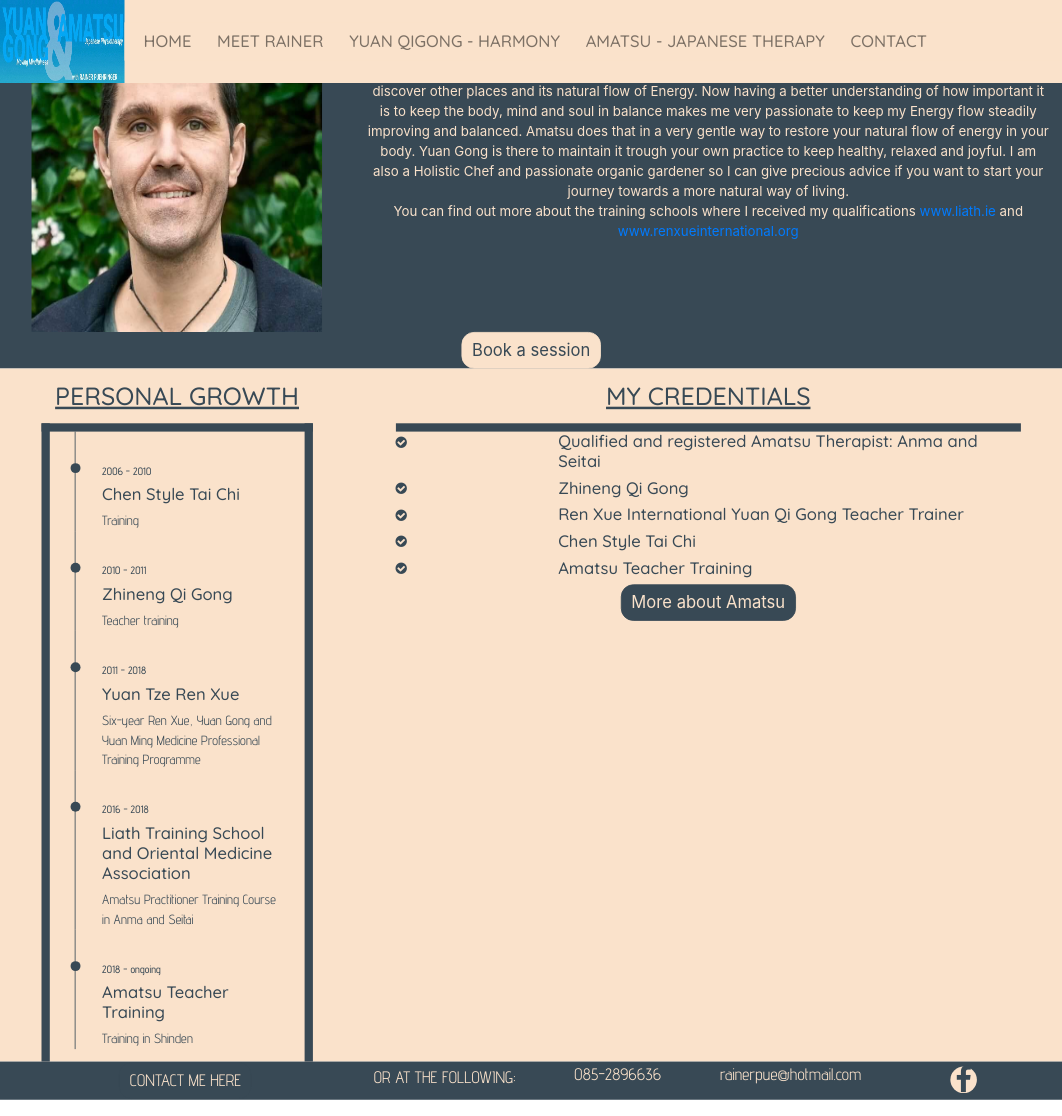
Repository: rainerpue/practitioner_website
Page: about.html
The author's editor kept a record of every edit. The page is drawn from the files as they stood at one moment, then again after the next edit.
The browser window is 1280 px wide. The pictures show the whole page, at 83% of full size.
Some web libraries are served in a nearby version.

Above is the page before.

### about.html
<!DOCTYPE html>
<html lang="en">

<head>
    <meta charset="UTF-8">
    <meta name="viewport" content="width=device-width, initial-scale=1.0">
    <meta http-equiv="X-UA-Compatible" content="ie=edge">
    <meta name="description" content="Home page | Rainer Puehringer, Find your Energy flow">
    <meta name="keywords" content="qigong, amatsu, therapy, energy flow, body balance, harmony, Japanese therapy, yuan gong, ireland">
    <meta name="author" content="Rainer Puehringer">
    <!-- style links -->
    <link rel="stylesheet" href="https://stackpath.bootstrapcdn.com/bootstrap/4.3.1/css/bootstrap.min.css" type="text/css" />
    <link rel="stylesheet" href="https://stackpath.bootstrapcdn.com/font-awesome/4.7.0/css/font-awesome.min.css" type="text/css" />

    <!-- link to my css file comes after to make sure it render over bootstrap style -->
    <link rel="stylesheet" href="assets/css/style.css" type="text/css" />

    <title>Rainer Puehringer, Find your Energy flow with Yuan Qigong and Amatsu</title>

</head>

<body>
    <!-- navbar and logo -->
    <!-- blue background will only show on bigger screens, set to transparent for mobile device -->
    <nav class="navbar navbar-expand-md fixed-top navbar-light nav-coral">
        <!-- logo -->
        <a href="index.html" class="navbar-brand logo">
            <img src="assets/images/logo.jpeg" width="150" height="100" alt="logo">
        </a>
        <!-- button for smaller devices -->
        <button class="navbar-toggler" type="button" data-toggle="collapse" data-target="#burger" aria-controls="burger" aria-expanded="false" aria-label="Toggle navigation">
    <span class="fa fa-bars"></span>
  </button>
        <!-- navigation items which drop down vertically from burger icon in smaller devices -->
        <div class="collapse navbar-collapse" id="burger">
            <ul class="navbar-nav mr-auto text-uppercase">
                <li class="nav-item">
                    <a class="nav-link" href="index.html">Home</a>
                </li>
                <li class="nav-item">
                    <a class="nav-link" href="about.html">Meet Rainer</a>
                </li>
                <li class="nav-item">
                    <a class="nav-link" href="index.html">Yuan Qigong - Harmony</a>
                </li>
                <li class="nav-item">
                    <a class="nav-link" href="index.html">Amatsu - Japanese Therapy</a>
                </li>
                <li class="nav-item">
                    <a class="nav-link" href="index.html">Contact</a>
                </li>
            </ul>
        </div>
    </nav>

    <!-- end navbar -->


    <!-- about image banner -->
    <main class="about-section">
        <div class="container-fluid">
            <div class="row">
                <div class="col-12 about-image">
                </div>
            </div>
        </div>

        <!-- Rainer's intro -->
        <section class="container-fluid bg-grey about-intro">

            <div class="row about-details">
                <div class="col-12 col-md-3 col-lg-4 text-center">
                    <img class="about-sm-img" src="assets/images/Rainer.jpeg" width="350" height="400" alt="Rainer Puehringer">
                </div>
                <div class="col-12 col-md-9 col-lg-8 about-content">
                    <div class="row">
                        <div class="col-12 text-center">
                            <h3 class="text-uppercase">RAINER PUEHRINGER</h3>
                        </div>
                    </div>
                    <p class="text-center">Born in Austria surrounded by nature and loving the beauty of it made me travel some parts of the world to discover other places and its natural flow of Energy. Now having a better understanding of how important it is to keep the body,
                        mind and soul in balance makes me very passionate to keep my Energy flow steadily improving and balanced. Amatsu does that in a very gentle way to restore your natural flow of energy in your body. Yuan Gong is there to maintain
                        it trough your own practice to keep healthy, relaxed and joyful. I am also a Holistic Chef and passionate organic gardener so I can give precious advice if you want to start your journey towards a more natural way of living.</p>
                    <p class="text-center">You can find out more about the training schools where I received my qualifications
                    <span><a href="https://www.liath.ie">www.liath.ie</a></span>
                    and <span><a href="https://www.renxueinternational.org">www.renxueinternational.org</a></span>
                    </p>
                </div>
            </div>
            <div class="container-fluid">
                <div class="row text-center">
                    <div class="col-12">
                        <a class="btn btn--gal btn--coral" href="#">Book a session</a>
                    </div>
                </div>
            </div>
        </section>

        <!-- timeline -->

        <section class="container-fluid">


            <div class="row bg-coral">
                <div class="col-md-6 col-lg-4 timeline section-column">
                    <div class="row">
                        <div class="col-12">
                            <h3 class="text-uppercase text-center">Personal growth</h3>
                        </div>
                    </div>
                    <div class="history-items">
                        <div class="timeline-item" data-dates="2006 - 2010">
                            <h4>Chen Style Tai Chi</h4>
                            <p>Training</p>
                        </div>
                        <div class="timeline-item" data-dates="2010 - 2011">
                            <h4>Zhineng Qi Gong</h4>
                            <p>Teacher training</p>
                        </div>
                        <div class="timeline-item" data-dates="2011 - 2018">
                            <h4>Yuan Tze Ren Xue</h4>
                            <p>Six-year Ren Xue, Yuan Gong and Yuan Ming Medicine Professional Training Programme</p>
                        </div>
                        <div class="timeline-item" data-dates="2016 - 2018">
                            <h4>Liath Training School and Oriental Medicine Association</h4>
                            <p>Amatsu Practitioner Training Course in Anma and Seitai</p>
                        </div>
                        <div class="timeline-item" data-dates="2018 - ongoing">
                            <h4>Amatsu Teacher Training</h4>
                            <p>Training in Shinden</p>
                        </div>
                    </div>
                </div>

                <!-- small divider only for mobile device to divide the two columns of the same section -->

                <hr class="section-divider-short">

                <!-- qualifications check -->

                <div class="col-md-6 col-lg-8 section-column">
                    <div class="row">
                        <div class="col-12">
                            <h3 class="text-uppercase text-center">My credentials</h3>
                        </div>
                    </div>
                    <!-- long divider only for big screen to divide the heading to the content -->
                    <div class="row">
                        <div class="col-12 d-none d-md-block">
                            <hr class="section-divider-long">
                        </div>
                    </div>
                    <div class="row qualif-section">
                        <div class="col-3">
                            <i class="fa fa-check-circle"></i>
                        </div>
                        <div class="col-9">
                            <h4>Qualified and registered Amatsu Therapist: Anma and Seitai</h4>
                        </div>
                    </div>
                    <div class="row qualif-section">
                        <div class="col-3">
                            <i class="fa fa-check-circle"></i>
                        </div>
                        <div class="col-9">
                            <h4>Zhineng Qi Gong</h4>
                        </div>
                    </div>
                    <div class="row qualif-section">
                        <div class="col-3">
                            <i class="fa fa-check-circle"></i>
                        </div>
                        <div class="col-9">
                            <h4>Ren Xue International Yuan Qi Gong Teacher Trainer</h4>
                        </div>
                    </div>
                    <div class="row qualif-section">
                        <div class="col-3">
                            <i class="fa fa-check-circle"></i>
                        </div>
                        <div class="col-9">
                            <h4>Chen Style Tai Chi</h4>
                        </div>
                    </div>
                    <div class="row qualif-section">
                        <div class="col-3">
                            <i class="fa fa-check-circle"></i>
                        </div>
                        <div class="col-9">
                            <h4>Amatsu Teacher Training</h4>
                        </div>
                    </div>


                    <div class="row text-center">
                        <div class="col-12">

                            <a class="btn btn--gal btn--grey" href="#">More about Amatsu</a>
                        </div>
                    </div>
                </div>
            </div>
        </section>
    </main>
    <!-- footer -->

    <footer>
        <div class="container-fluid bg-grey">
            <div class="row footer-row">
                <div class="col-12 col-md-4 footer-contact">
                    <a class="btn btn--gal btn--grey text-uppercase" href="#">Contact Me Here</a>
                </div>
                <div class="col-12 col-md-2 footer-contact">
                    <h5 class="text-uppercase">or at the following:</h5>
                </div>
                <div class="col-12 col-md-2 footer-contact">
                    <p>085-2896636</p>
                </div>
                <div class="col-12 col-md-2 footer-contact">
                    <p>rainerpue@hotmail.com</p>
                </div>
                <div class="col-12 col-md-2 footer-contact">
                    <a class="socialmedia" href="https://www.facebook.com/YuanGongandAmatsuwithRainer/" target="_blank">
                    <i class="fa fa-facebook"></i>
                    <span class="sr-only">Facebook</span>
                    </a>
                </div>
            </div>
        </div>
    </footer>

    <script src="https://code.jquery.com/jquery-3.2.1.slim.min.js " integrity="sha384-KJ3o2DKtIkvYIK3UENzmM7KCkRr/rE9/Qpg6aAZGJwFDMVNA/GpGFF93hXpG5KkN " crossorigin="anonymous "></script>
    <script src="https://cdnjs.cloudflare.com/ajax/libs/popper.js/1.12.9/umd/popper.min.js " integrity="sha384-ApNbgh9B+Y1QKtv3Rn7W3mgPxhU9K/ScQsAP7hUibX39j7fakFPskvXusvfa0b4Q " crossorigin="anonymous "></script>
    <script src="https://maxcdn.bootstrapcdn.com/bootstrap/4.0.0/js/bootstrap.min.js " integrity="sha384-JZR6Spejh4U02d8jOt6vLEHfe/JQGiRRSQQxSfFWpi1MquVdAyjUar5+76PVCmYl " crossorigin="anonymous "></script>
</body>

</html>

### assets/css/style.css
@import url('https://fonts.googleapis.com/css?family=Advent+Pro:100,200,300,400,500,600,700|Quicksand:300,400,500,700|Poppins:100,200,300,400,500,600,700,800');

body {}

/*-----------------------------------------Colour */

.nav-coral {
    background-color: transparent;
}

.bg-grey {
    background-color: #384955;
    color: #FAE2CB;
}

.bg-coral {
    background-color: #FAE2CB;
    color: #384955;
}

/*-----------------------------------------Images */

.about-img {
    background: url(../images/about-image.jpg);
}

.qigong-img {
    background: url(../images/lotus.jpg);
}

.banner-image {
    min-height: 30vh;
    -webkit-background-size: 100% 100%;
    -moz-background-size: 100% 100%;
    -o-background-size: 100% 100%;
    background-size: 100% 100%;
    width: 100vw;
    background-repeat: no-repeat;
    position: relative;
}

.sm-img {
    max-height: 400px;
    max-width: 400px;
}


/*-----------------------------------------Special paddings/margins/texts */

.container-fluid {
    margin: 0;
}

.text-uppercase {
    text-transform: uppercase;
}

.text-center {
    text-align: center;
    margin: 0;
}

.text-justify {
    text-align: justify;
    text-justify: inter-word;
}

main {
    margin: 0;
    padding: 0;
}

h3 {
    padding: 15px 0 15px;
    font-family: "Quicksand", sans-serif;
    font-weight: 500;
    font-size: 30px;
    text-decoration: underline;
}

h4 {
    font-family: "Quicksand", sans-serif;
    font-weight: 500;
    font-size: 20px;
}

a {
    text-decoration: none;
    cursor: pointer;
}

/*-----------------------------------------buttons */

.btn:hover {
    color: #fafafa;
    text-decoration: none;
}

.btn--gal {
    margin-bottom: 0;
    margin-top: 0;
    border-radius: 15px;
    font-size: 20px;
    text-decoration: none;
    cursor: pointer;
}

.btn--grey {
    background-color: #384955;
    border-color: #384955;
    color: #FAE2CB;
}

.btn--grey:hover {
    color: #FF8863;
}

.btn--coral {
    background-color: #FAE2CB;
    border-color: #FAE2CB;
    color: #384955;
}

.btn--coral:hover {
    color: #87B0CD;
}

.btn--footer {
    color: #FAE2CB;
}

/*-----------------------------------------section divider */

.section-divider-short {
    width: 75px;
    height: 5px;
    border: 0;
    background-color: #384955;
}

.section-divider-long {
    width: 100%;
    height: 10px;
    border: 0;
    background-color: #384955;
    margin: 0;
}

/*-----------------------------------------logo */

.logo {
    display: inline-block;
    padding: 0;
    margin: 0;
    line-height: inherit;
    white-space: nowrap;
    background-position: center;
    background-repeat: no-repeat;
    -o-transition: all .5s ease-in-out;
    transition: all .5s ease-in-out;
    -moz-transition: all .5s ease-in-out;
    -webkit-transition: all .5s ease-in-out;
}

/*-----------------------------------------burger icon */

.fa-bars {
    font-size: 30px;
    padding: 5px;
}

.navbar-light .navbar-toggler {
    border-color: rgba(0, 0, 0, .3);
    margin-right: 15px;
}

/*-----------------------------------------nav */

.navbar {
    padding: 0;
    text-align: center;
    overflow: auto;
}

.navbar-collapse {
    background-color: #FAE2CB
}

.nav-item {
    padding-left: 15px;
}

.nav-item a {
    color: #384955;
    font-family: "Quicksand", sans-serif;
    font-weight: 500;
    font-size: 20px;
    -webkit-transition: background-color .2s ease-in-out, color .2s ease-in-out;
    -o-transition: background-color .2s ease-in-out, color .2s ease-in-out;
    transition: background-color .2s ease-in-out, color .2s ease-in-out;
}

.nav-item a:hover {
    color: #FAE2CB!important;
    background-color: #384955;
}

/*-----------------------------------------full background image with attention */

.home-image {
    min-height: 95vh;
    -webkit-box-align: center;
    -ms-flex-align: center;
    align-items: center;
    position: relative;
    background: url(../images/home-image.jpg) no-repeat center center fixed;
    background-size: cover;
    padding-top: 100px;
}

.opaque-overlay {
    position: absolute;
    top: 0;
    left: 0;
    height: 100%;
    width: 100%;
    background: rgba(0, 0, 0, 0.2);
}

.attention {
    width: 80%;
    color: #fafafa;
    font-family: "Advent Pro", sans-serif;
    font-size: 40px;
    font-weight: 600;
    padding-left: 15px;
    padding-top: 200px;
}

/*-----------------------------------------testimonials in carrousel */

.testimonials {
    padding-bottom: 20px;
}

.slide {
    position: relative;
    display: -webkit-box;
    display: -ms-flexbox;
    display: flex;
    -webkit-box-align: center;
    -ms-flex-align: center;
    align-items: center;
    min-height: 30vh;
    text-align: center;
    padding: 5px 30px;
    margin-bottom: 20px
}

blockquote {
    width: 80px;
    font-family: "Advent Pro", sans-serif;
    font-weight: 500;
    font-size: 30px;
}

/*-----------------------------------------home intro section */

.intro {
    width: 100%;
    padding: 0;
    padding-bottom: 20px;
    min-height: 20vh;
}

.content-intro {
    font-family: "Advent Pro", sans-serif;
    font-size: 20px;
    font-weight: 400;
    margin-bottom: 20px;
}

/*-----------------------------------------footer */

.footer-row {
    padding: 0 15px;
    text-align: center;
    margin-bottom: 20px;
}

.footer-contact {
    font-family: "Advent Pro", sans-serif;
    text-align: center;
    -webkit-box-align: center;
    -ms-flex-align: center;
    align-items: center;
    -webkit-box-pack: center;
    -ms-flex-pack: center;
    justify-content: center;
    color: #FAE2CB;
    padding: 0;
    margin: 0;
}

.footer-contact p {
    font-weight: 400;
    font-size: 20px;

}

.footer-contact h5 {
    font-weight: 400;
    font-size: 20px;
}

.socialmedia i {
    width: 32px;
    height: 32px;
    padding: 12px 0;
    border-radius: 50%;
    font-size: 35px;
    line-height: 7px;
    text-align: center;
    color: #384955;
    background: #FAE2CB;
    transition: all 0.35s ease-in-out;
    -moz-transition: all 0.35s ease-in-out;
    -webkit-transition: all 0.35s ease-in-out;
    -o-transition: all 0.35s ease-in-out;
}

.social-links i:hover {
    background: #e84610;
}

/*-----------------------------------------main content for each page */

.main-content {
    position: relative;
    padding-top: 5px;
    padding-bottom: 5px;
    padding-right: 30px;
    line-height: 200%;
    font-family: "Advent Pro", sans-serif;
    font-size: 20px;
    font-weight: 400;
}

.section-column {
    display: table-cell;
    padding: 0 30px 30px;
    float: none;
}

.intro-section {
    padding-top: 10px;
    padding-bottom: 20px;
}

.section-details {
    min-height: 25vh;
    -webkit-box-align: center;
    -ms-flex-align: center;
    align-items: center!important;
    margin-bottom: 15px;
}



/*-----------------------------------------links to other websites on about page */

.links {
    color: #FAE2CB;
    font-weight: 700;
}

.links:hover {
    color: #FF8863;
}

/*-----------------------------------------timeline */

.timeline {
    margin: 0;
}

.history-items {
    padding-left: 30px;
    padding-bottom: 15px;
}

.timeline-item {
    padding: 4em 2em 0em 2em;
    position: relative;
    color: #384955;
    border-left: 1px solid;
    font-family: "Advent Pro", sans-serif;
}

.timeline-item p {
    padding: 0;
    margin: 0;
}

.timeline-item:before {
    content: attr(data-dates);
    position: absolute;
    left: 2.5em;
    top: 3em;
    display: block;
    font-family: "Advent Pro", sans-serif;
    font-weight: 500;
    font-size: 0.8em;
    padding: 0;
    margin: 0;
}

.timeline-item:after {
    width: 12px;
    height: 12px;
    display: block;
    position: absolute;
    top: 2.4em;
    left: -6px;
    border-radius: 12px;
    content: "";
    background-color: #384955;
}



/*-----------------------------------------qualifications */

.list-row {
    padding: 30px 0 30px;
    line-height: 200%;
}

.list-row i {
    font-size: 40px;
}

/*-----------------------------------------Qigong page */

.qigong-p {
    padding: 15px;
}

.list-section {
    padding-left: 30px;
    padding-bottom: 15px;
    border: 10px solid;
}

.quote {
    font-family: "Quicksand", sans-serif;
    font-weight: 500;
    font-size: 30px;
}

/*-----------------------------------------media queries */

/*-----------------------------------------media query to add navbar color background color on bigger screens */

@media (min-width: 768px) {
    .nav-coral {
        background-color: #FAE2CB;
    }
}

@media (min-width: 768px) {
    .attention {
        padding-top: 400px;
        width: 60%;
        font-size: 50px;
    }
}

@media (min-width: 768px) {
    .slide {
        min-height: 20vh;
    }
}

@media (min-width: 768px) {
    .section-divider-short {
        width: 0px;
        height: 0px;
        border: 0;
    }
}

@media (min-width: 768px) {
    .footer-contact {
        display: -webkit-box;
        display: -ms-flexbox;
        display: flex;
    }
}

@media (min-width: 768px) {
    .footer-contact h5 p a {
        padding-left: 15px;
    }
}

@media (min-width: 768px) {
    .history-items {
        border: 10px solid;
        border-bottom: none;
    }
}

@media (min-width: 768px) {
    .section-column {
        padding: 0 50px 0;
    }
}

After the next edit:
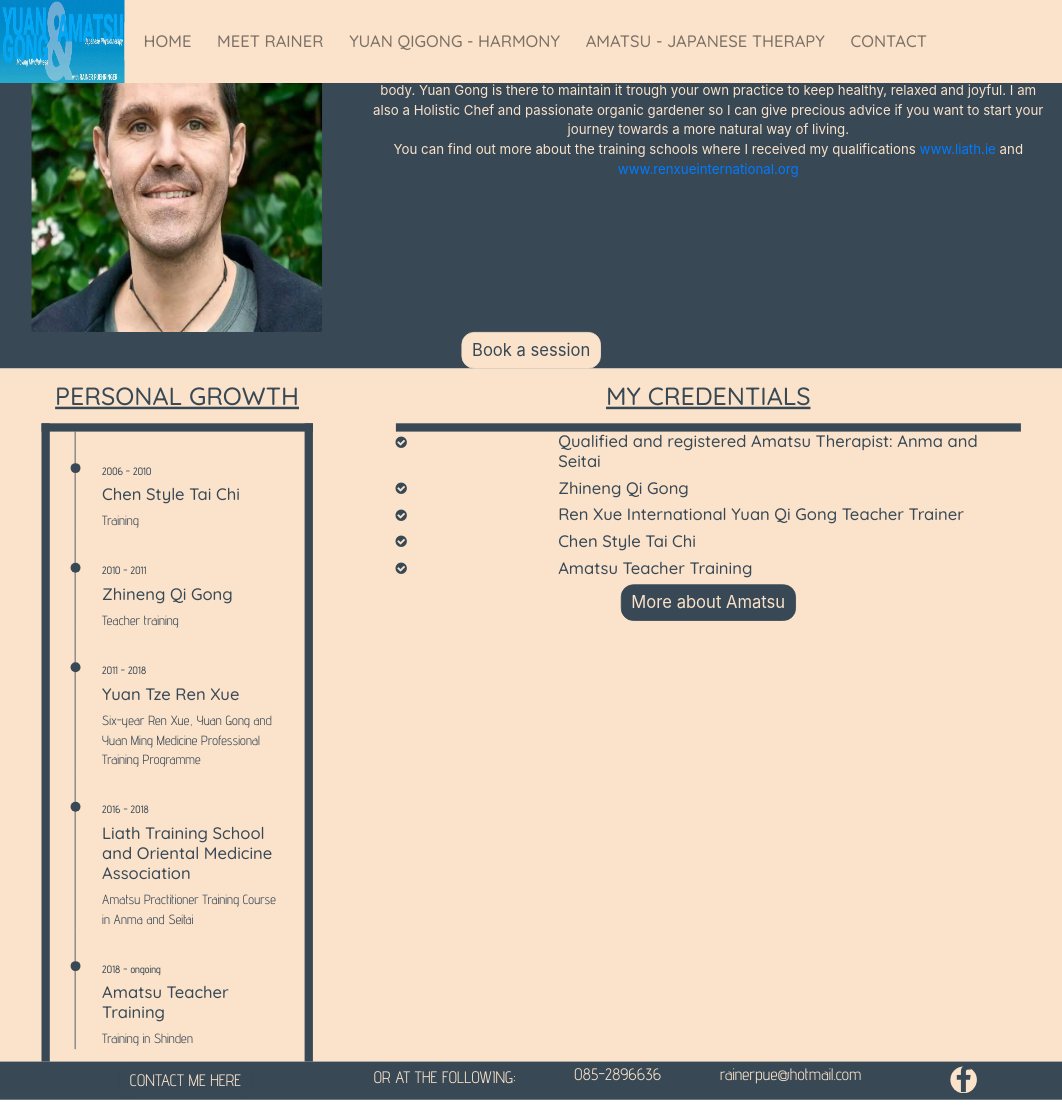
The edit:
--- a/about.html
+++ b/about.html
@@ -73,11 +73,7 @@
                     <img class="about-sm-img" src="assets/images/Rainer.jpeg" width="350" height="400" alt="Rainer Puehringer">
                 </div>
                 <div class="col-12 col-md-9 col-lg-8 about-content">
-                    <div class="row">
-                        <div class="col-12 text-center">
-                            <h3 class="text-uppercase">RAINER PUEHRINGER</h3>
-                        </div>
-                    </div>
+
                     <p class="text-center">Born in Austria surrounded by nature and loving the beauty of it made me travel some parts of the world to discover other places and its natural flow of Energy. Now having a better understanding of how important it is to keep the body,
                         mind and soul in balance makes me very passionate to keep my Energy flow steadily improving and balanced. Amatsu does that in a very gentle way to restore your natural flow of energy in your body. Yuan Gong is there to maintain
                         it trough your own practice to keep healthy, relaxed and joyful. I am also a Holistic Chef and passionate organic gardener so I can give precious advice if you want to start your journey towards a more natural way of living.</p>
